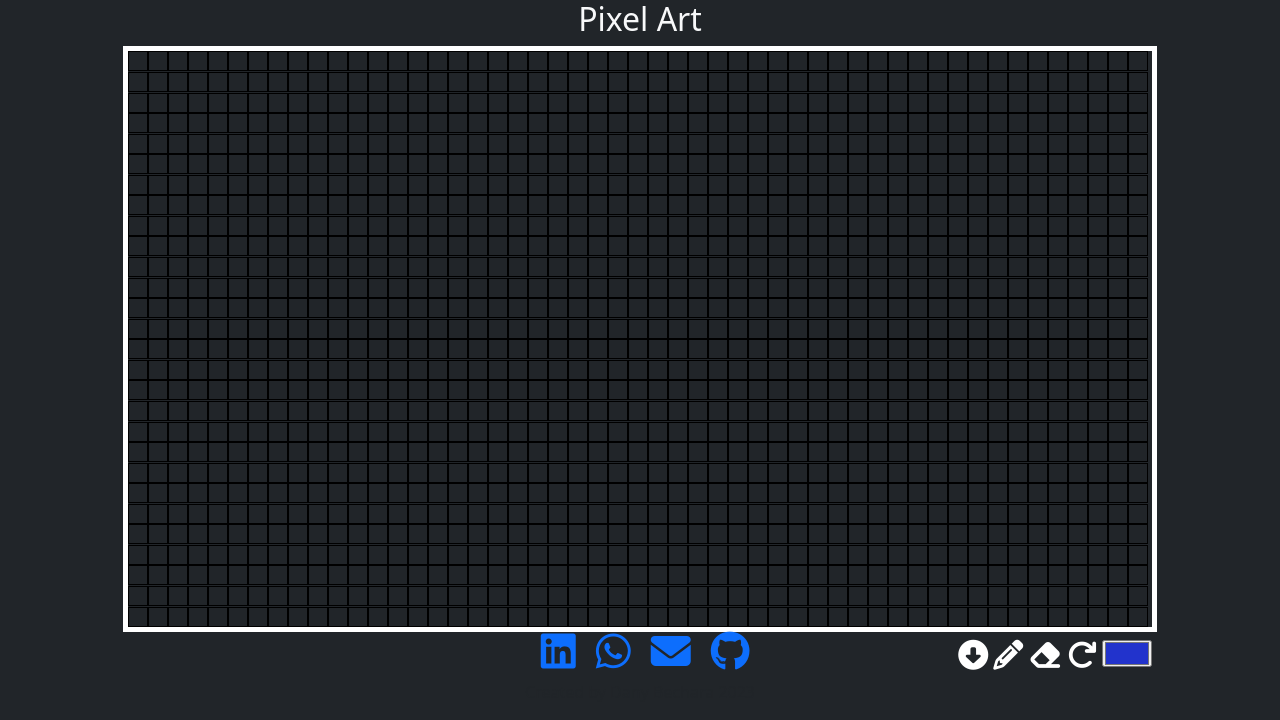
Repository: bechara611/pixelartdb
Page: /
The author's editor kept a copy of each file at every save. The page is drawn from the files as they stood at one save, then again after the next save.
The browser window is 1280 px wide. The pictures show the whole page.
Some web libraries are served in a nearby version. The project was rebuilt for these pictures with package versions that can differ from the ones it lists, and the page was loaded fresh each time. Also part of the build but not shown: vite.config.js.

Above is the page before, as saved 2023-03-07 15:19:05.

After the next save:
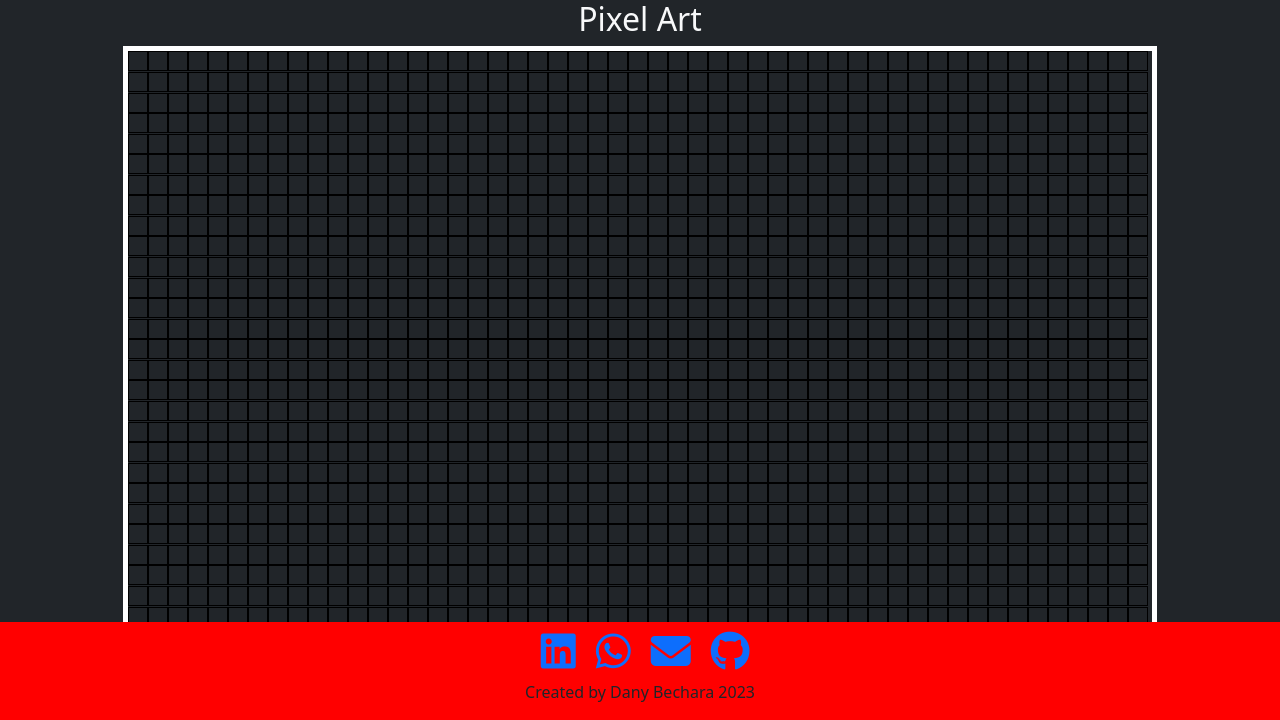
Saved 23 s later.
--- a/src/Footer.css
+++ b/src/Footer.css
@@ -1,6 +1,6 @@
 .footer{
 
-    background: var(--verde5);
+    background: red;
     position: absolute;
     bottom: 0%;
     display: flex;

After the save that followed:
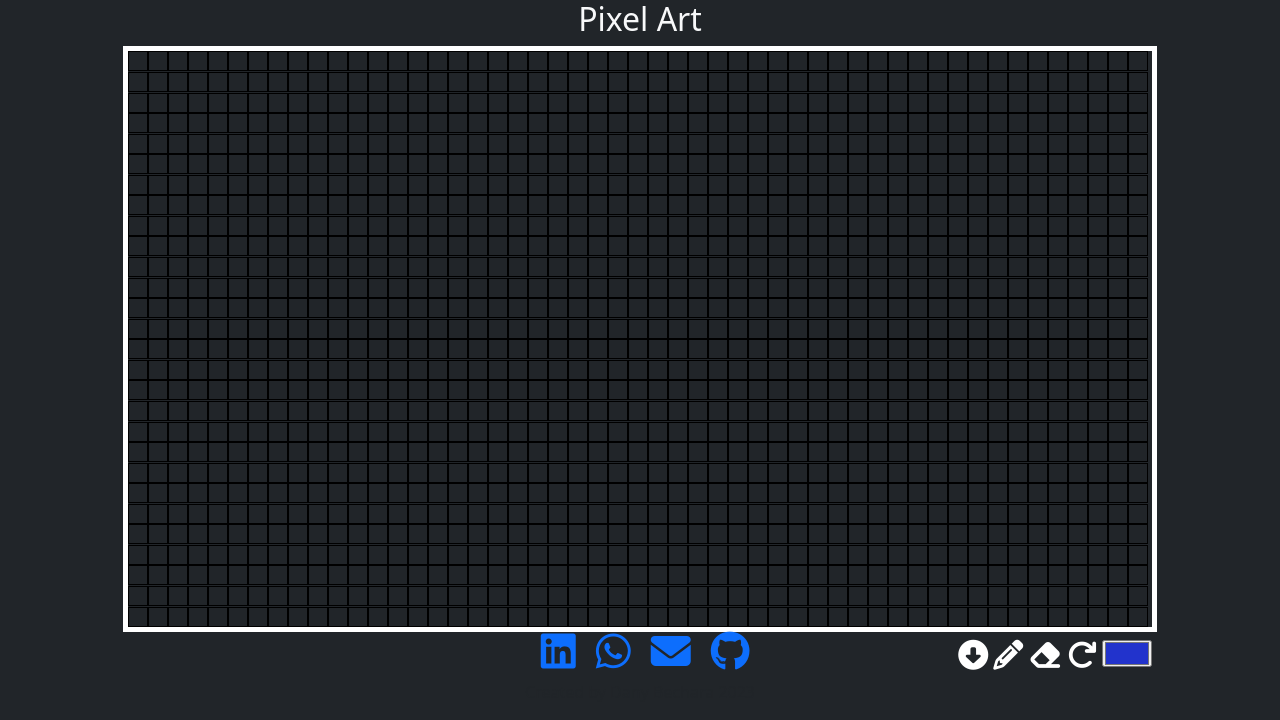
Saved 4 s later.
--- a/src/Footer.css
+++ b/src/Footer.css
@@ -1,6 +1,6 @@
 .footer{
 
-    background: red;
+
     position: absolute;
     bottom: 0%;
     display: flex;
